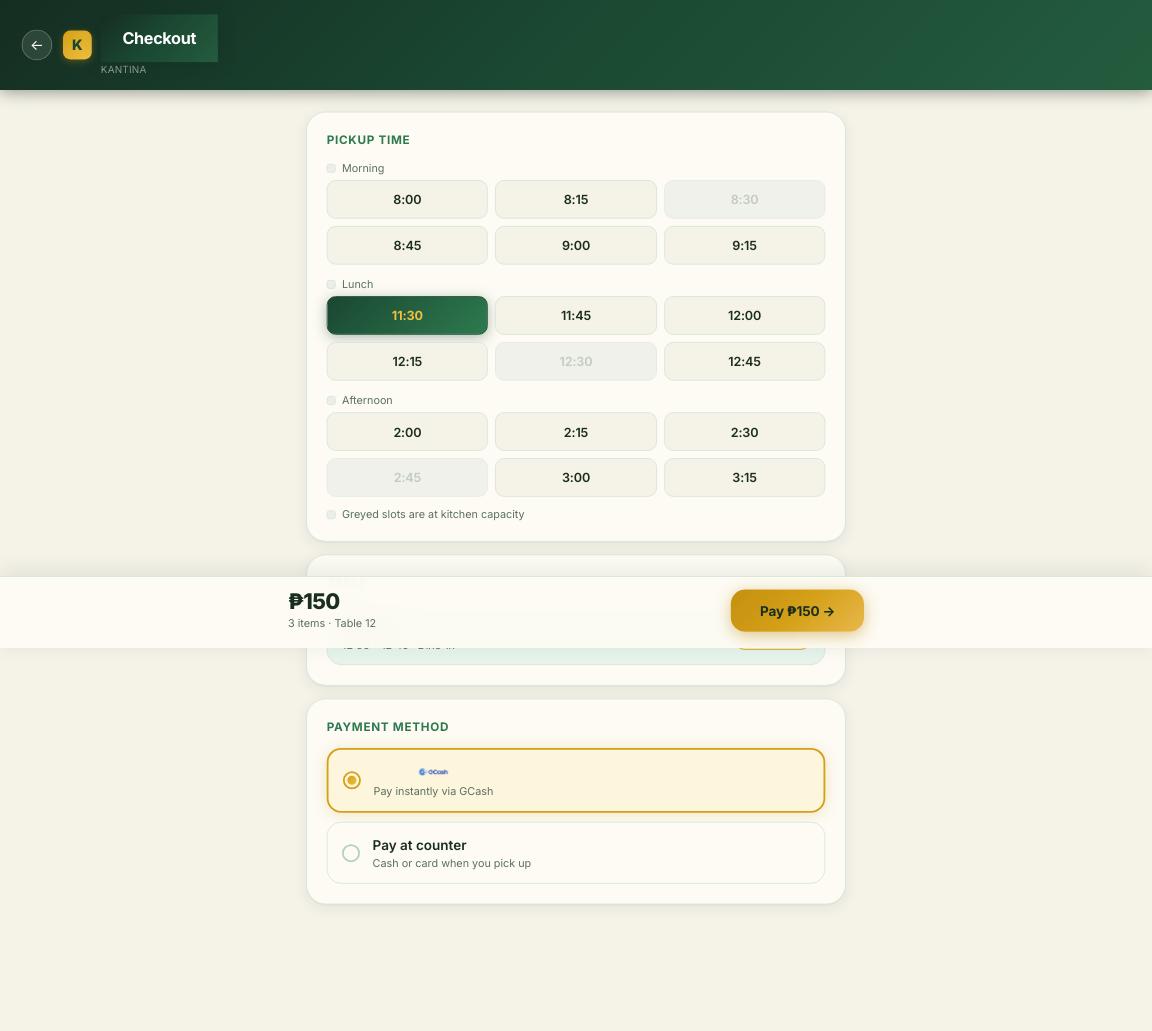
Repository: ShaneValerie/IP-Project-Kantina-Group5
Page: checkout.html
An editor plug-in stored every save of this project. The page is shown before and after the next save, followed by the edit.
The browser window is 1280 px wide. The pictures show the whole page, at 90% of full size.

Above is the page before, as saved 2026-09-22 18:37:46.

After the next save:
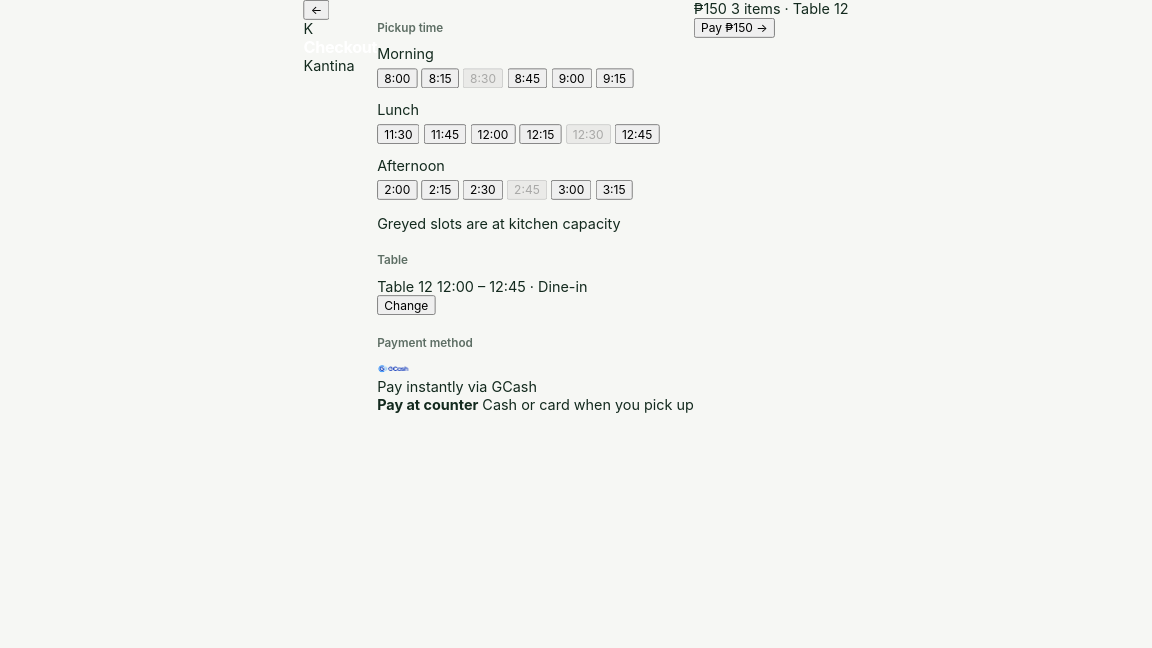
Saved 5 min 5 s later.
--- a/checkout.html
+++ b/checkout.html
@@ -7,7 +7,7 @@
   <link rel="preconnect" href="https://fonts.googleapis.com">
   <link rel="preconnect" href="https://fonts.gstatic.com" crossorigin>
   <link href="https://fonts.googleapis.com/css2?family=Inter:wght@400;500;600;700;800&display=swap" rel="stylesheet">
-  <link rel="stylesheet" href="my-style.css">
+  <link rel="stylesheet" href="style.css">
 </head>
 <body>
 
